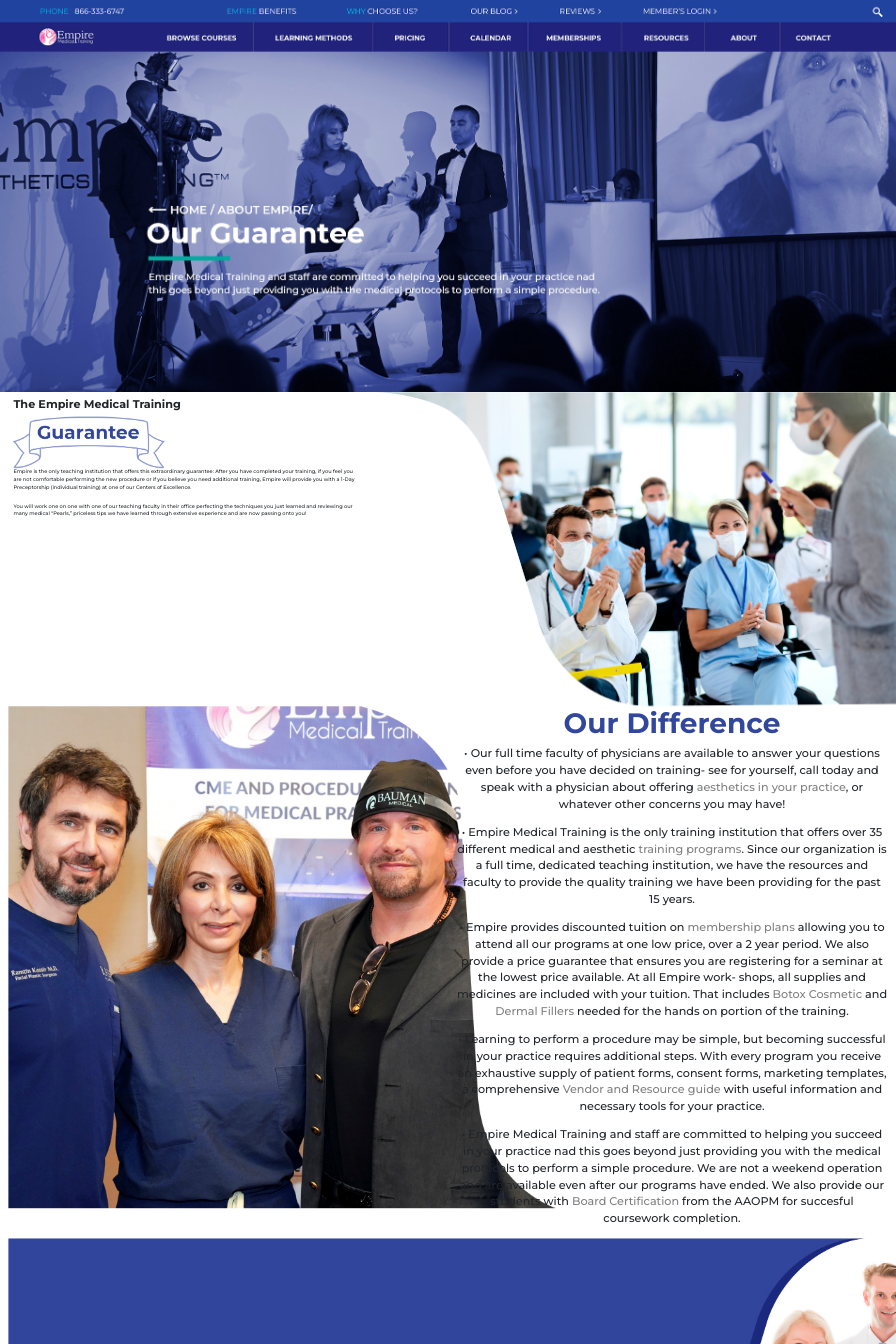
Repository: jorgi710/BODY-CONTOURING-INJECTABLES-AND-ADJUNCT-PROCEDURES
Page: our quarantee/file/src/index.html
An editor plug-in stored every save of this project. The page is shown before and after the next save, followed by the edit.
The browser window is 1280 px wide. The pictures show the part of the page from y = 0 to 1920 px (the page is 6335 px tall), at 70% of full size.

Above is the page before, as saved 2021-04-06 06:52:42.

After the next save:
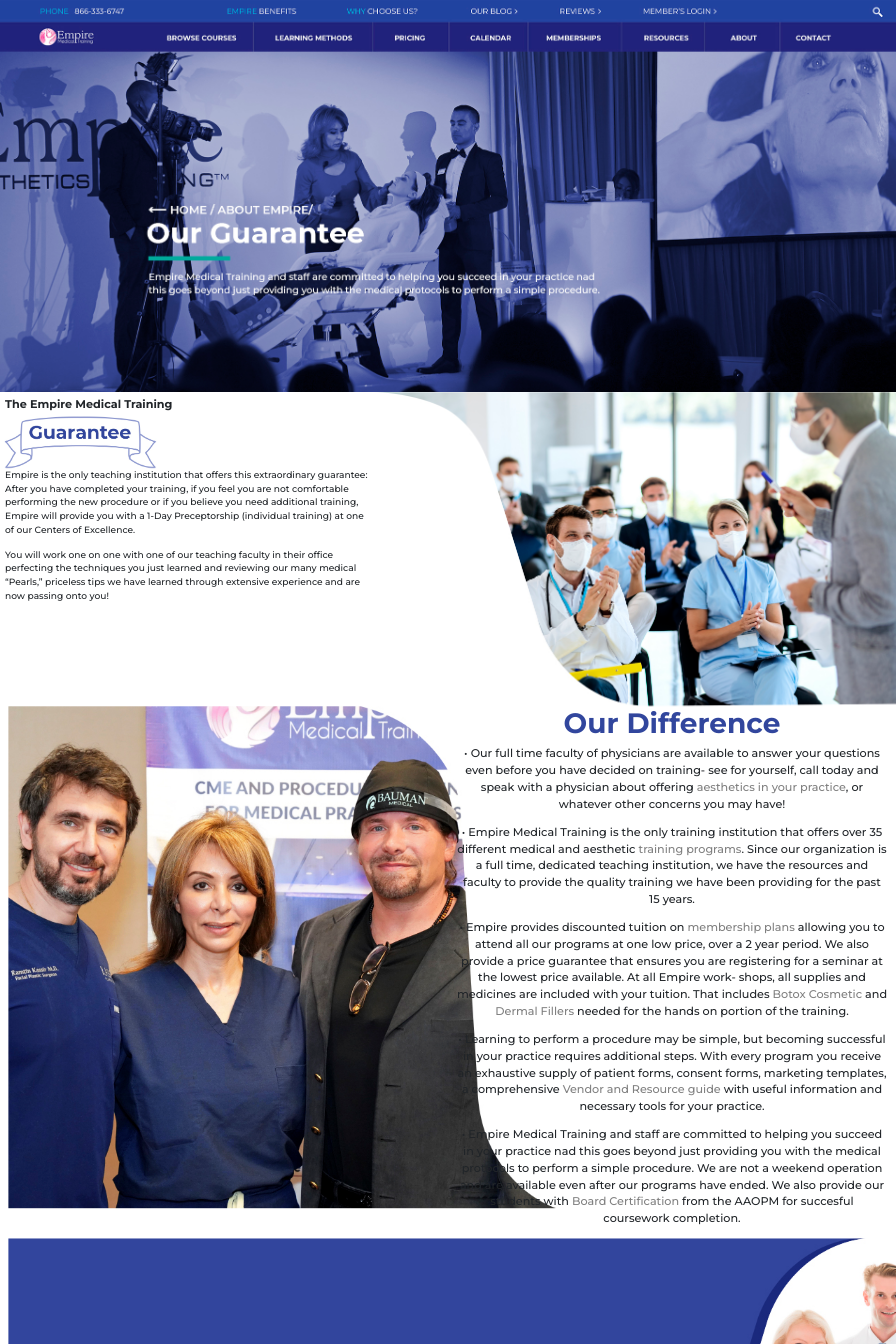
Saved 92 s later.
--- a/our quarantee/file/css/style.css
+++ b/our quarantee/file/css/style.css
@@ -45,7 +45,7 @@
 .section_1 .col-md-5 h1 {
   font-size: medium;
 }
-.content_section_1 {
+.section_1 .col-md-5 {
   font-size: 1vmin;
   padding: 1vmin 1vmin;
 }
